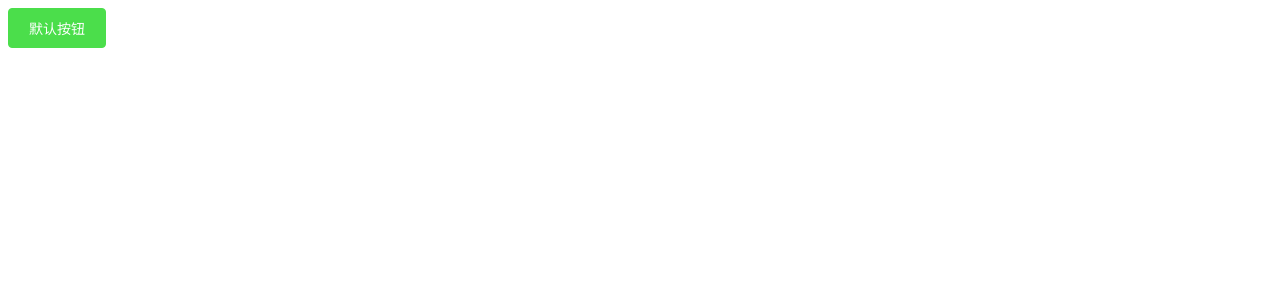
Repository: Cherry-pan/component-packing
Page: /
The author's editor kept a copy of each file at every save. The page is drawn from the files as they stood at one save, then again after the next save.
The browser window is 1280 px wide. The pictures show the whole page.
The project was rebuilt for these pictures with package versions that can differ from the ones it lists, and the page was loaded fresh each time. Also part of the build but not shown: vue.config.js.

Above is the page before, as saved 2022-04-30 10:55:49.

After the next save:
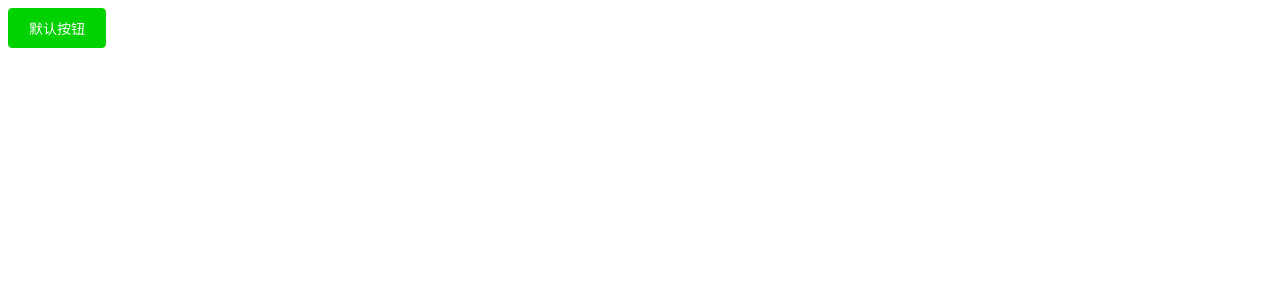
Saved 9 s later.
--- a/src/components/button/Button.vue
+++ b/src/components/button/Button.vue
@@ -33,7 +33,7 @@
 }
 // 禁用 透明度
 .a-button[disabled]{
-    opacity: .7;
+    // opacity: .7;
 }
 .a-button-primary {
   border-color: #409eff;

After the save that followed:
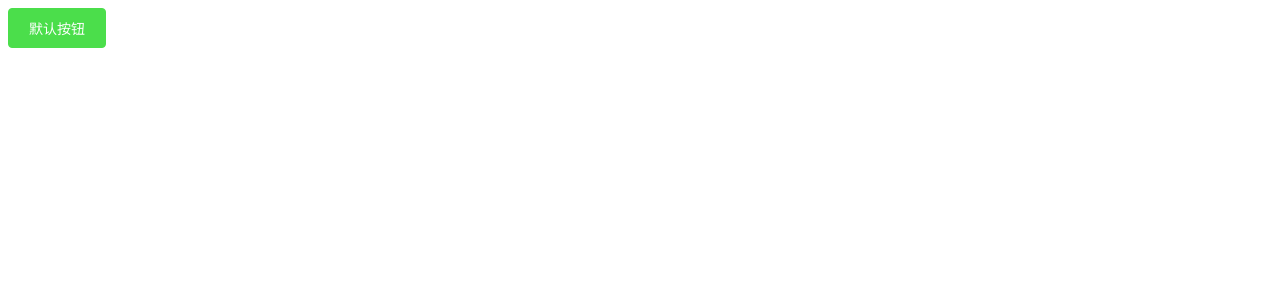
Saved 4 s later.
--- a/src/components/button/Button.vue
+++ b/src/components/button/Button.vue
@@ -33,7 +33,7 @@
 }
 // 禁用 透明度
 .a-button[disabled]{
-    // opacity: .7;
+    opacity: .7;
 }
 .a-button-primary {
   border-color: #409eff;
